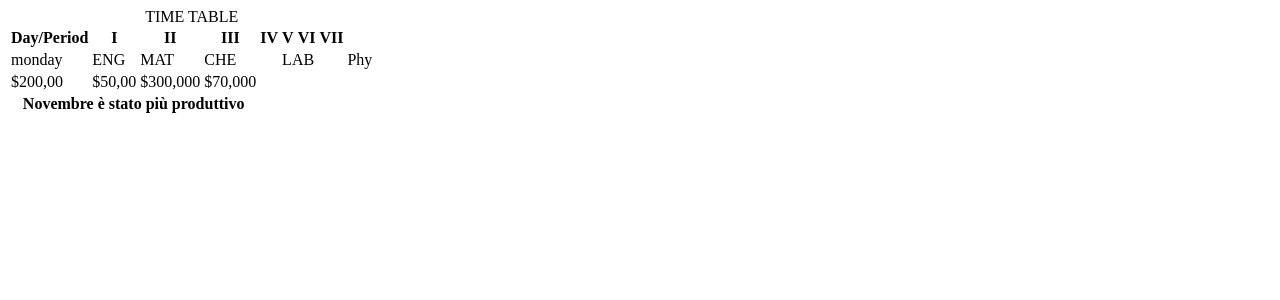
Repository: MicTomm/corso-frontend
Page: HTML/tabella/index.html
The author's editor kept a copy of each file at every save. The page is drawn from the files as they stood at one save, then again after the next save.
The browser window is 1280 px wide. The pictures show the whole page.

Above is the page before, as saved 2023-11-07 16:19:16.

After the next save:
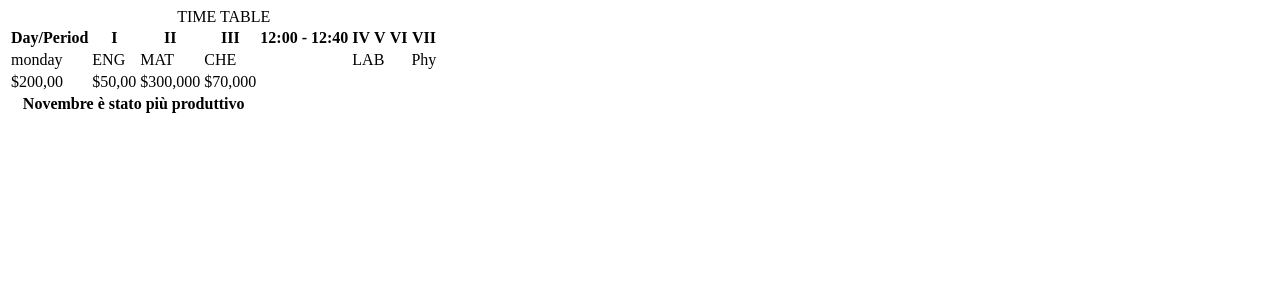
Saved 62 s later.
--- a/HTML/tabella/index.html
+++ b/HTML/tabella/index.html
@@ -14,6 +14,7 @@
         <th>I</th>
         <th>II</th>
         <th>III</th>
+        <th>12:00 - 12:40</th>
         <th>IV</th>
         <th>V</th>
         <th>VI</th>
